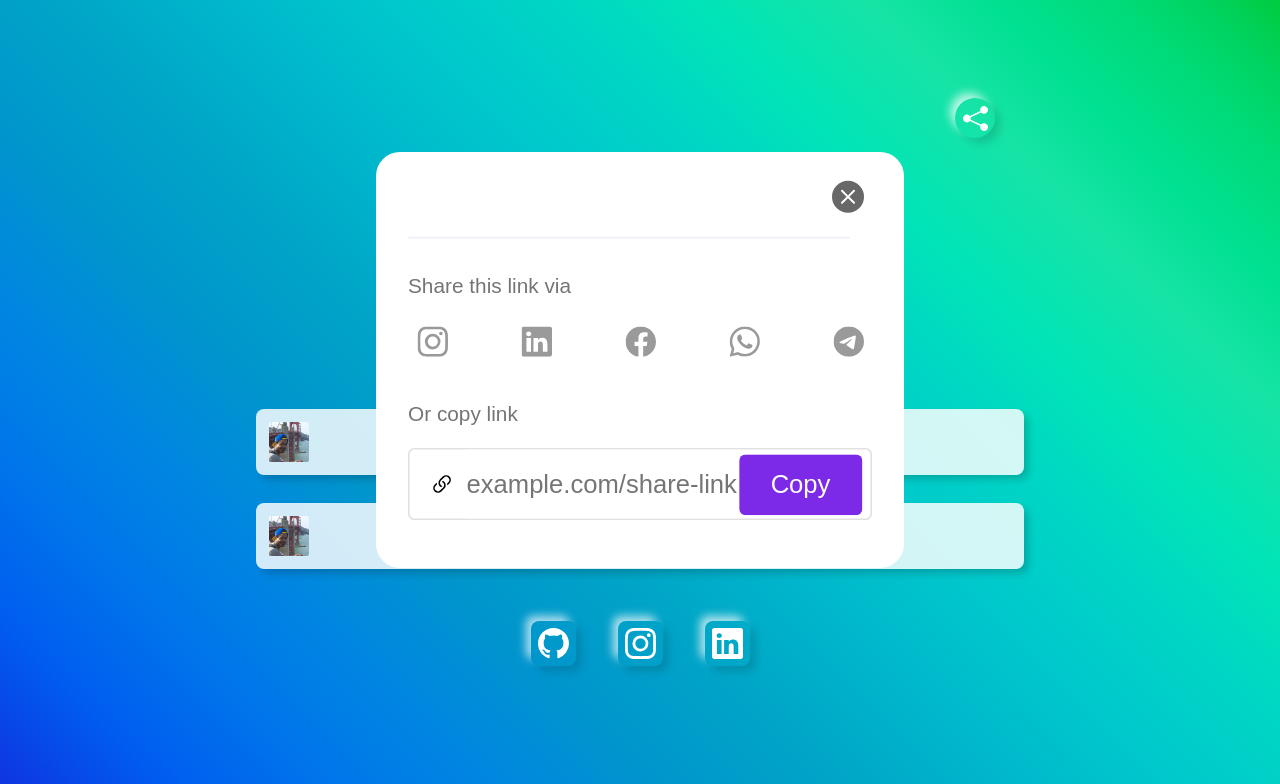
Repository: MateLaDBrouille97/linktree
Page: /
These files come from the project's save history. The page is drawn as it stood at one moment and after the next save; the edit follows.
The browser window is 1280 px wide. The pictures show the whole page.
The project was rebuilt for these pictures with package versions that can differ from the ones it lists, and the page was loaded fresh each time. The framework's server and built-in components were replaced by stand-ins that run in the browser. Also part of the build but not shown: next.config.js, styles/Home.module.css, styles/scrollup.css.

Above is the page before, as saved 2023-01-24 02:19:53.

After the next save:
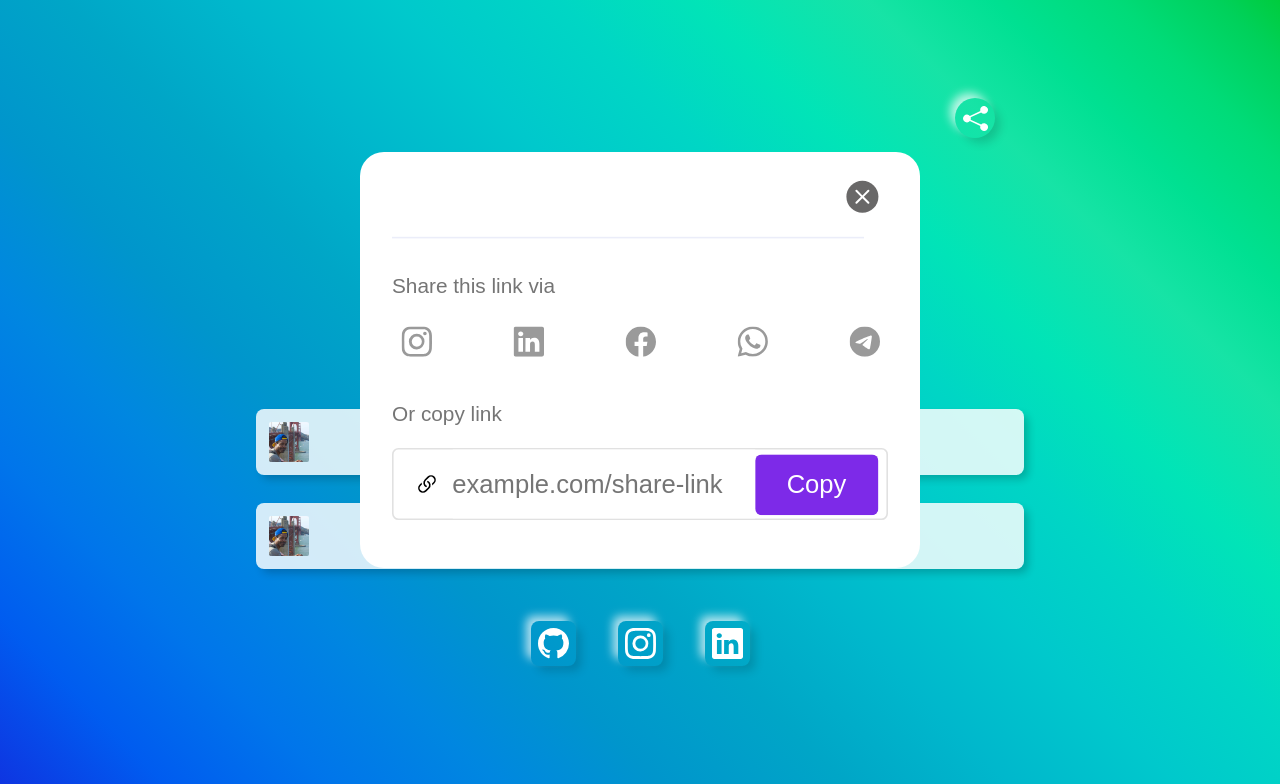
Saved 44 s later.
--- a/styles/share.css
+++ b/styles/share.css
@@ -66,14 +66,14 @@ header {
 .modal-share {
   position: absolute;
   height: 260px;
-  width: 330px;
+  width: 360px;
   top: 50%;
   left: 50%;
   transform: translate(-50%, -50%) scale(1.6);
   background: var(--container-color);
   padding: 20px;
   border-radius: 15px;
-  max-width: 330px;
+  max-width: 350px;
   width: 60%;
 }
 
